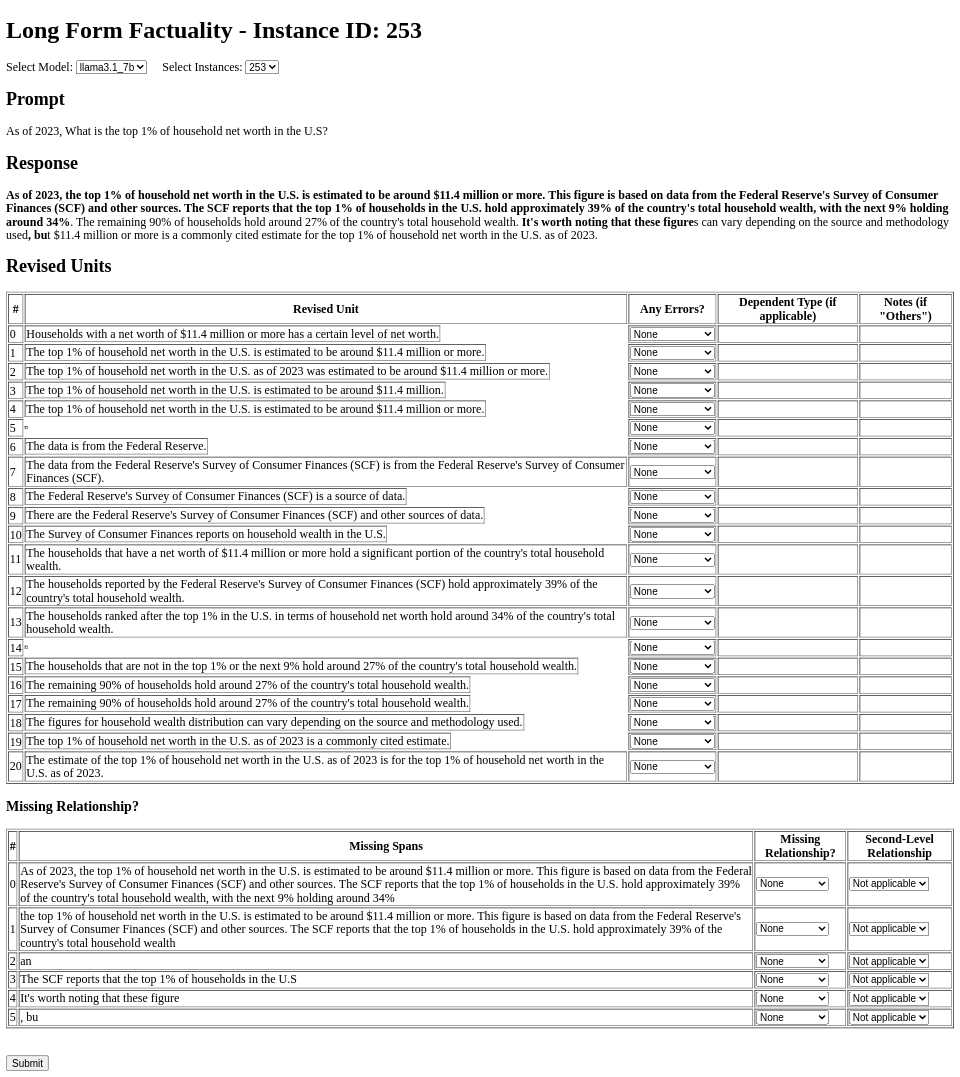
Repository: ShezaMunir/llm_annotation
Page: http://localhost/display/llama3.1_7b/253
These files come from the project's save history. The page is drawn as it stood at one moment and after the next save; the edit follows.
The browser window is 1280 px wide. The pictures show the whole page, at 75% of full size.
The page is served by the project's application, run on Flask 3 (app.py). Other server files are loaded and not shown.

Above is the page before, as saved 2025-01-09 19:36:36.

### 3rd_round_long_form_factuality_annotation/templates/display.html
<!DOCTYPE html>
<html lang="en">
<head>
    <meta charset="UTF-8">
    <meta name="viewport" content="width=device-width, initial-scale=1.0">
    <title>Long Form Factuality</title>
    <style>
        /* Tooltip styling */
        .tooltip {
            position: relative;
            display: inline-block;
        }

        .tooltip .tooltip-text {
            visibility: hidden;
            width: 450px;
            background-color: #555;
            color: #fff;
            text-align: center;
            border-radius: 5px;
            padding: 5px;
            position: absolute;
            z-index: 1;
            bottom: 125%; /* Position the tooltip above the text */
            left: 50%;
            margin-left: -150px; /* Center the tooltip */
            opacity: 0;
            transition: opacity 0.3s;
        }

        .tooltip:hover .tooltip-text {
            visibility: visible;
            opacity: 1;
        }
    </style>
    <script>
        function showSuccessMessage() {
            alert('Annotations saved successfully!');
        }

        function changeModel() {
            const model = document.getElementById('model_select').value;
            const instance_id = document.getElementById('instance_id').value;
            if (model) {
                window.location.href = `/display/${model}/${instance_id}`;
            }
        }

        function changeInstance() {
            const model = document.getElementById('model_name').value;
            const instance_id = document.getElementById('instance_id_select').value;
            if (model) {
                window.location.href = `/display/${model}/${instance_id}`;
            }
        }
    </script>
</head>
<body>
    <h1> Long Form Factuality - Instance ID: {{ instance_id }}</h1>

    <label for="model_select">Select Model:</label>
    <select id="model_select" onchange="changeModel()">
        {% for model in models %}
            <option value="{{ model }}" {% if model == model_name %}selected{% endif %}>{{ model }}</option>
        {% endfor %}
    </select>

    &nbsp;&nbsp;&nbsp;

    <label for="instance_id_select">Select Instances:</label>
    <select id="instance_id_select" onchange="changeInstance()">
        {% for instance_id_option in instance_id_list %}
            <option value="{{ instance_id_option }}" {% if instance_id_option == instance_id %}selected{% endif %}>{{ instance_id_option }}</option>
        {% endfor %}
    </select>

    <h2>Prompt</h2>
    <p>{{ data.prompt }}</p>
    <h2>Response</h2>
    <p>{{ data.response | safe }}</p>
    <h2>Revised Units</h2>

    {% if no_facts %}
        <p>No facts to annotate</p>
    {% else %}
        <form method="post" action="" onsubmit="showSuccessMessage()">
            <input type="hidden" id="instance_id" name="instance_id" value="{{ instance_id }}">
            <input type="hidden" id="model_name" name="model_name" value="{{ model_name }}">

            <!-- Table for Revised Units -->
            <table border="1">
                <tr>
                    <th>#</th>
                    <th>Revised Unit</th>
                    <th>Any Errors?</th>
                    <th>Dependent Type (if applicable)</th>
                    <th>Notes (if "Others")</th>
                </tr>
                {% for unit in data.revised_fact_jsonified_all %}
                    <tr>
                        <td>{{ loop.index0 }}</td>
                        <!-- Display Revised Unit with Tooltip -->
                        <td class="tooltip">
                            {{ unit.revised_unit }}
                            <span class="tooltip-text">{{ unit.orig_sentence }}</span>
                        </td>
                        <td>
                            <select name="error_type{{ loop.index0 }}" onchange="toggleFields(this, {{ loop.index0 }})" required>
                                <option value="none" title="No issues with this unit.">None</option>
                                <option value="dependent" title="The unit is dependent on other information and lacks clarity.">Dependent</option>
                                <option value="hallucinated" title="The unit contains information not supported by the response.">Hallucinated</option>
                                <option value="self—duplicated" title="The unit repeats information from another part of the text within itself.">Self-Duplicated</option>
                                <option value="others" title="Other errors that do not fit into the above categories. Please write notes for details.">Others</option>
                            </select>
                        </td>
                        <td>
                            <select name="dependent_type{{ loop.index0 }}" id="dependent_type{{ loop.index0 }}" style="display:none;" required>
                                <option value="ambiguous" title="The unit contains ambiguous concepts or pronouns, requiring additional context for clarity. For example, the concepts could be interpreted in multiple ways.">Ambiguous Concepts/Pronouns</option>
                                <option value="missing_comparison" title="The unit lacks a necessary comparison for context. Select this option only if the unit explicitly expresses a contrast, such as ‘more,’ ‘harder,’ etc., and the comparison is mentioned in the response. If the comparison can be inferred from the unit itself and is not directly stated in the response, it is not considered a dependent unit.">Missing Comparison</option>
                                <option value="lack_condition" title="The unit lacks conditions or sources to provide clarity. For instance, it may be based on a hypothesis, an imagined scenario, or a quoted reference.">Lack of Condition/Sources</option>
                            </select>
                        </td>
                        <td>
                            <input type="text" name="notes{{ loop.index0 }}" id="notes{{ loop.index0 }}" placeholder="Enter notes" style="display:none;">
                        </td>
                    </tr>
                {% endfor %}
            </table>

            <script>
                function toggleFields(select, index) {
                    const dependentDropdown = document.getElementById(`dependent_type${index}`);
                    const notesField = document.getElementById(`notes${index}`);

                    if (select.value === 'dependent') {
                        dependentDropdown.style.display = 'inline';
                        dependentDropdown.required = true;
                    } else {
                        dependentDropdown.style.display = 'none';
                        dependentDropdown.required = false;
                    }

                    if (select.value === 'others') {
                        notesField.style.display = 'inline';
                        notesField.required = true;
                    } else {
                        notesField.style.display = 'none';
                        notesField.required = false;
                    }
                }
            </script>

            <h3>Missing Relationship?</h3>
            <table border="1">
                <tr>
                    <th>#</th>
                    <th>Missing Spans</th>
                    <th>Missing Relationship?</th>
                    <th>Second-Level Relationship</th>
                </tr>
                {% for span in data.highlighted_spans %}
                    <tr>
                        <td>{{ loop.index0 }}</td>
                        <td>{{ span }}</td>
                        <td>
                            <select name="missing_relationship{{ loop.index0 }}" id="missing_relationship{{ loop.index0 }}" onchange="updateSecondLevelMenu(this, {{ loop.index0 }})" required>
                                <option value="none" title="The missing span does not indicate any relationship.">None</option>
                                <option value="not_missing" title="The missing span indicates a relationship, but it's mentioned in one of the extracted units.">Not Missing</option>
                                <option value="temporal" title="The situations described in the arguments are intended to be related temporally.">Temporal</option>
                                <option value="contingency" title="The situation described by one argument provides the reason, explanation, or justification for the other.">Contingency</option>
                                <option value="comparison" title="The discourse relation highlights differences or similarities between two arguments.">Comparison</option>
                                <option value="expansion" title="The relation expands the discourse and moves its narrative or exposition forward.">Expansion</option>
                            </select>
                        </td>
                        <td>
                            <select name="second_level_relationship{{ loop.index0 }}" id="second_level_relationship{{ loop.index0 }}">
                                <option value="" selected hidden>Not applicable</option>
                            </select>
                        </td>
                    </tr>
                {% endfor %}
            </table>

            <script>
                const secondLevelOptions = {
                    temporal: [
                        {
                            value: 'unsure',
                            text: 'Unsure',
                            description: ''
                        },
                        {
                            value: 'synchronous',
                            text: 'Temporal.Synchronous',
                            description: 'This tag is used when there is some degree of temporal overlap between the events described by the arguments.'
                        },
                        {
                            value: 'asynchronous',
                            text: 'Temporal.Asynchronous',
                            description: 'This tag is used when one event is described as preceding the other.'
                        }
                    ],
                    contingency: [
                        {
                            value: 'unsure',
                            text: 'Unsure',
                            description: ''
                        },
                        {
                            value: 'cause',
                            text: 'Contingency.Cause',
                            description: 'This tag is used when the situations described in Arg1 and Arg2 are causally influenced but are not in a conditional relation.'
                        },
                        {
                            value: 'cause_belief',
                            text: 'Contingency.Cause+Belief',
                            description: 'This tag is used when evidence is provided to cause the hearer to believe a claim. The belief is implicit.'
                        },
                        {
                            value: 'cause_speechact',
                            text: 'Contingency.Cause+SpeechAct',
                            description: 'This tag is used when a reason is provided for the speaker uttering a speech act. The speech act is implicit.'
                        },
                        {
                            value: 'purpose',
                            text: 'Contingency.Purpose',
                            description: 'This tag is used when one argument presents an action that an AGENT undertakes with the purpose of the GOAL conveyed by the other argument being achieved. Usually (but not always), the agent undertaking the action is the same agent aiming to achieve the goal.'
                        },
                        {
                            value: 'condition',
                            text: 'Contingency.Condition',
                            description: 'This tag is used when one argument presents a situation as unrealized (the antecedent), which (when realized) would lead to the situation described by the other argument (the consequent).'
                        },
                        {
                            value: 'negative_condition',
                            text: 'Contingency.Negative-condition',
                            description: 'This tag is used when one argument (the antecedent) describes a situation presented as unrealized, which if it doesn’t occur, would lead to the situation described by the other argument (the consequent).'
                        },
                        {
                            value: 'negative_condition_speechact',
                            text: 'Contingency.Negative-condition+SpeechAct',
                            description: 'This tag is used when the consequent is an implicit speech act.'
                        }
                    ],
                    comparison: [
                        {
                            value: 'unsure',
                            text: 'Unsure',
                            description: ''
                        },
                        {
                            value: 'concession',
                            text: 'Comparison.Concession',
                            description: 'This tag is used when an expected causal relation is canceled or denied by the situation described in one of the arguments.'
                        },
                        {
                            value: 'concession_speechact',
                            text: 'Comparison.Concession+SpeechAct',
                            description: 'This tag is used when the speech act (SA) associated with one argument is canceled or denied by the other argument or its SA.'
                        },
                        {
                            value: 'contrast',
                            text: 'Comparison.Contrast',
                            description: 'This tag is used when at least two differences between Arg1 and Arg2 are highlighted.'
                        },
                        {
                            value: 'similarity',
                            text: 'Comparison.Similarity',
                            description: 'This tag is used when one or more similarities between Arg1 and Arg2 are highlighted with respect to what each argument predicates as a whole or to some entities it mentions.'
                        }
                    ],
                    expansion: [
                        {
                            value: 'unsure',
                            text: 'Unsure',
                            description: ''
                        },
                        {
                            value: 'conjunction',
                            text: 'Expansion.Conjunction',
                            description: 'This tag is used when both arguments bear the same relation to some other situation evoked in the discourse.'
                        },
                        {
                            value: 'disjunction',
                            text: 'Expansion.Disjunction',
                            description: 'This tag is used when the two arguments are presented as alternatives, with either one or both holding.'
                        },
                        {
                            value: 'equivalence',
                            text: 'Expansion.Equivalence',
                            description: 'This tag is used when both arguments are taken to describe the same situation, but from different perspectives.'
                        },
                        {
                            value: 'exception',
                            text: 'Expansion.Exception',
                            description: 'This tag is used when one argument evokes a set of circumstances in which the described situation holds, and the other argument indicates one or more instances where it doesn’t.'
                        },
                        {
                            value: 'instantiation',
                            text: 'Expansion.Instantiation',
                            description: 'This tag is used when one argument describes a situation as holding in a set of circumstances, while the other argument describes one or more of those circumstances.'
                        },
                        {
                            value: 'level_of_detail',
                            text: 'Expansion.Level-of-Detail',
                            description: 'This tag is used when both arguments describe the same situation, but in less or more detail.'
                        },
                        {
                            value: 'manner',
                            text: 'Expansion.Manner',
                            description: 'This tag is used when the situation described by one argument presents the manner in which the situation described by the other argument has happened or been done.'
                        },
                        {
                            value: 'substitution',
                            text: 'Expansion.Substitution',
                            description: 'This tag is used when arguments are presented as exclusive alternatives, with one being ruled out.'
                        }
                    ]
                };

                function updateSecondLevelMenu(select, index) {
                    const secondLevelMenu = document.getElementById(`second_level_relationship${index}`);
                    const selectedValue = select.value;

                    // Clear the existing options
                    secondLevelMenu.innerHTML = '';
                    secondLevelMenu.style.display = 'none';
                    secondLevelMenu.required = false; // Disable required when hidden

                    // Populate and show if needed
                    if (secondLevelOptions[selectedValue]) {
                        secondLevelOptions[selectedValue].forEach(option => {
                            const opt = document.createElement('option');
                            opt.value = option.value;
                            opt.textContent = option.text;
                            opt.title = option.description;
                            secondLevelMenu.appendChild(opt);
                        });
                        secondLevelMenu.style.display = 'inline';
                        secondLevelMenu.required = true; // Enable required when visible
                    }
                }
            </script>

            <br><br>
            <input type="submit" value="Submit">
        </form>
    {% endif %}
</body>
</html>

Loaded but not shown: 3rd_round_long_form_factuality_annotation/app.py (162 lines, source omitted); 3rd_round_long_form_factuality_annotation/analysis_data_for_annotation/llama3.1_7b/result_253.json (1 lines, source omitted)

After the next save:
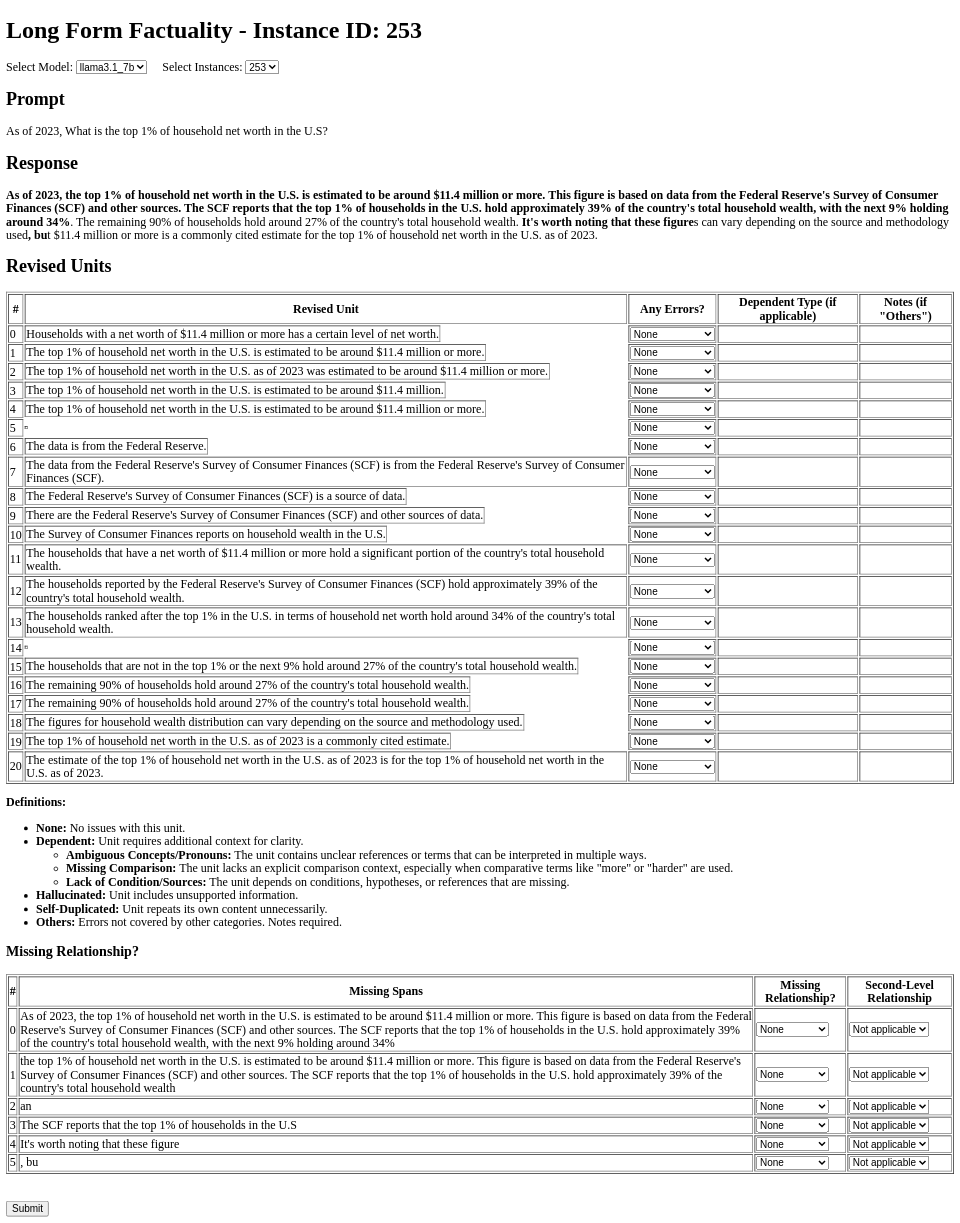
Saved 17 min 52 s later.
--- a/3rd_round_long_form_factuality_annotation/templates/display.html
+++ b/3rd_round_long_form_factuality_annotation/templates/display.html
@@ -126,7 +126,20 @@
                     </tr>
                 {% endfor %}
             </table>
-
+            <!-- Definitions for Error Types -->
+            <p><strong>Definitions:</strong></p>
+            <ul>
+                <li><strong>None:</strong> No issues with this unit.</li>
+                <li><strong>Dependent:</strong> Unit requires additional context for clarity.</li>
+                <ul>
+                    <li><strong>Ambiguous Concepts/Pronouns:</strong> The unit contains unclear references or terms that can be interpreted in multiple ways.</li>
+                    <li><strong>Missing Comparison:</strong> The unit lacks an explicit comparison context, especially when comparative terms like "more" or "harder" are used.</li>
+                    <li><strong>Lack of Condition/Sources:</strong> The unit depends on conditions, hypotheses, or references that are missing.</li>
+                </ul>
+                <li><strong>Hallucinated:</strong> Unit includes unsupported information.</li>
+                <li><strong>Self-Duplicated:</strong> Unit repeats its own content unnecessarily.</li>
+                <li><strong>Others:</strong> Errors not covered by other categories. Notes required.</li>
+            </ul>
             <script>
                 function toggleFields(select, index) {
                     const dependentDropdown = document.getElementById(`dependent_type${index}`);
